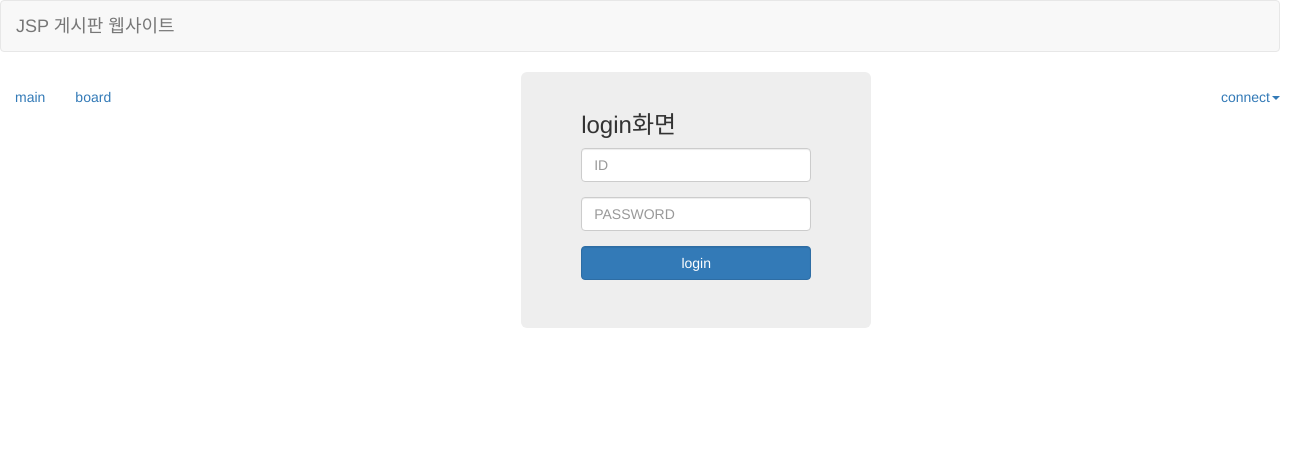
Repository: hotei09/WordofMouth
Page: http://localhost/BBS/join.jsp
The author's editor kept a copy of each file at every save. The page is drawn from the files as they stood at one save, then again after the next save.
The browser window is 1280 px wide. The page is 1295 px wide, so the pictures cover 1295 px, including what lies to the right of the window. The pictures show the whole page.
The page is served by Tomcat 9. Other server files are loaded and not shown.

Above is the page before, as saved 2018-08-01 00:29:54.

### BBS/WebContent/join.jsp
<%@ page language="java" contentType="text/html; charset=UTF-8"
    pageEncoding="UTF-8"%>
<!DOCTYPE html>
<html>
<head>
<meta http-equiv="content-Type" content="text/html; charset=UTF-8">
<meta name = "viewport" content = "width=device-width,initial-scale=1">
<link rel="stylesheet" href="css/bootstrap.css">
<title>JSP 게시판 웹사이트</title>
</head>
<body>
<nav class="navbar navbar-default">
	<div class="navbar-header">
		<button type="button" class="navbar-toggle collapsed" data-toggle="collapse"
		data-target="#bs-example-navbar-collapse-1" aria-expanded="false" >
		<span class="icon-bar"></span>
		<span class="icon-bar"></span>
		<span class="icon-bar"></span>
		</button>
		<a class="navbar-brand" href="main.jsp"> JSP 게시판 웹사이트 </a>
	</div>
	</nav>
	<div class="collapse navbar-collapse" id="bs-example-navbar-collapse-1"></div>
	<ul class="nav navbar-nav">
	<li><a href="main.jsp">main</a></li>
	<li><a href="bbs.jsp">board</a></li>
	</ul>
	<ul class="nav navbar-nav navbar-right">
	<li class="dropdown">
		<a href="#" class="dropdown-toggle" data-toggle="dropdown" role="button"
		aria-haspopup="true" aria-expended="false">connect<span class="caret"></span></a>
		<ul class="dropdown-menu">
		<li class="active"><a href="login.jsp">login</a></li>
		<li ><a href="join.jsp">join</a></li>
		</ul>
		</ul>
<div class="container">
<div class="col-lg-4"></div>
<div class="col-lg-4">
	<div class="jumbotron" style="padding-top: 20px;">
		<form method="post" action="loginaction.jsp">
			<h3 style="text.align: center;">login화면</h3>
			<div class ="form-group">
				<input type="text" class="form-control" placeholder="ID" name="userID" maxlength="20">
			</div>
			<div class ="form-group">
				<input type="password" class="form-control" placeholder="PASSWORD" name="userPassword" maxlength="20">
			</div>
			<input type="submit" class="btn btn-primary form-control" value="login">
		</form>
	</div>
</div>
<div class="col-lg-4"></div>
</div>
<script src="https://ajax.googleapis.com/ajax/libs/jquery/1.12.4/jquery.min.js"></script>﻿
<script src="js/bootstrap.js"></script>
</body>
</html>

Loaded but not shown: BBS/WebContent/css/bootstrap.css (library); BBS/WebContent/js/bootstrap.js (library)

After the next save:
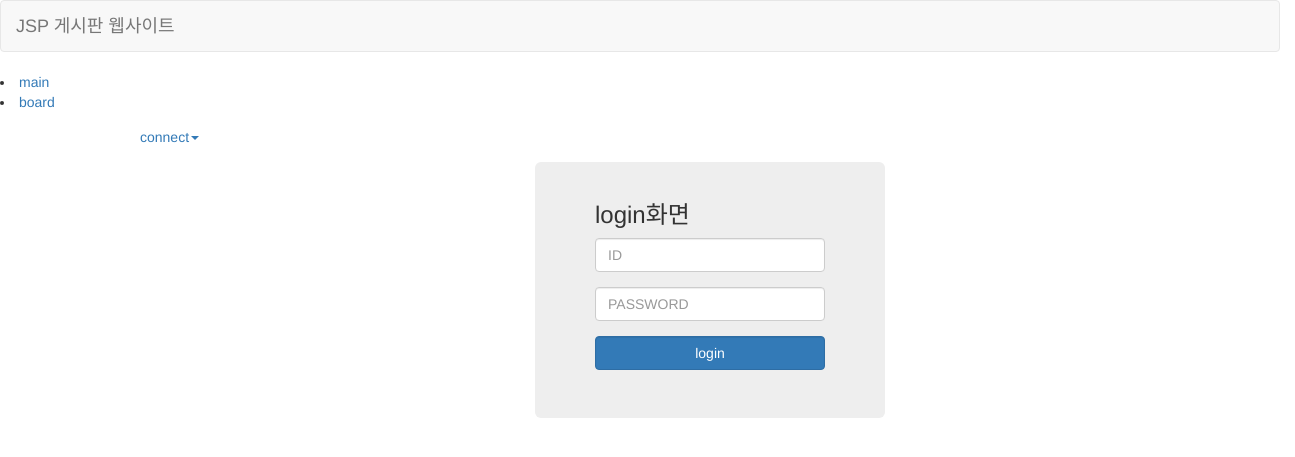
Saved 15 min 43 s later.
--- a/BBS/WebContent/join.jsp
+++ b/BBS/WebContent/join.jsp
@@ -21,7 +21,7 @@
 	</div>
 	</nav>
 	<div class="collapse navbar-collapse" id="bs-example-navbar-collapse-1"></div>
-	<ul class="nav navbar-nav">
+	<ul class="nav navbar-nav"></ul>
 	<li><a href="main.jsp">main</a></li>
 	<li><a href="bbs.jsp">board</a></li>
 	</ul>
@@ -32,7 +32,6 @@
 		<ul class="dropdown-menu">
 		<li class="active"><a href="login.jsp">login</a></li>
 		<li ><a href="join.jsp">join</a></li>
-		</ul>
 		</ul>
 <div class="container">
 <div class="col-lg-4"></div>
